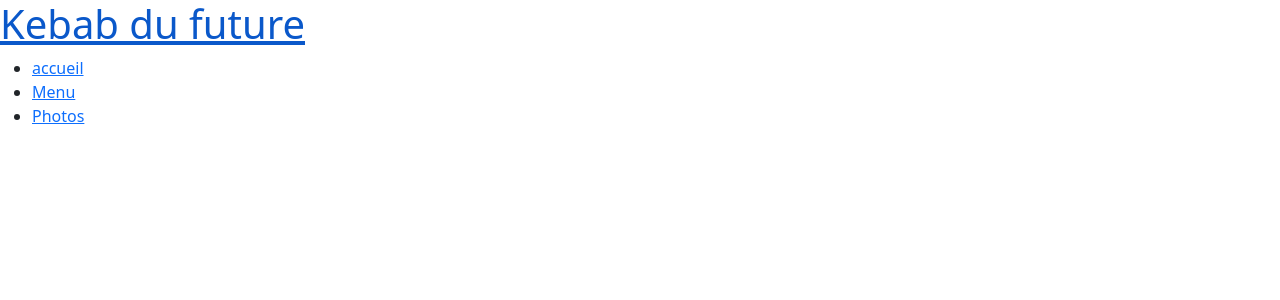
Repository: phbord/THP-js-exercices-manipulation-DOM
Page: index.html
An editor plug-in stored every save of this project. The page is shown before and after a run of saves, followed by the edit.
The browser window is 1280 px wide. The pictures show the whole page.

Above is the page before, as saved 2021-07-19 10:25:35.

After the next 4 saves:
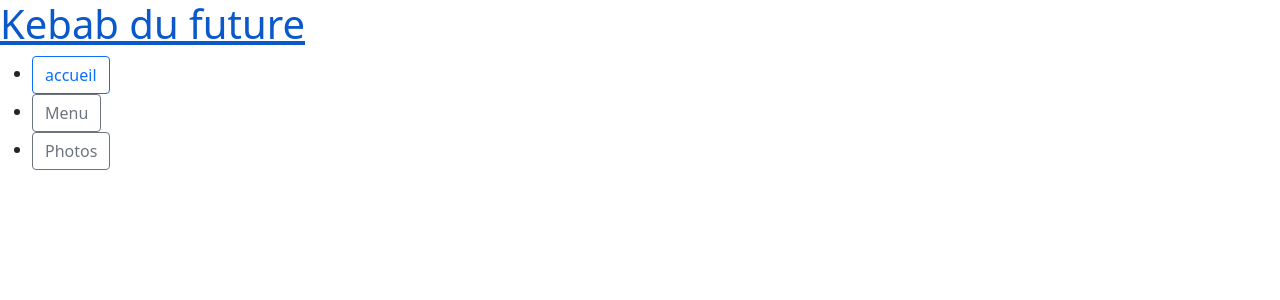
The 4 saves are shown as one change because they came seconds apart.
The last was saved 26 min 55 s later.
--- a/index.html
+++ b/index.html
@@ -17,13 +17,13 @@
                 </a>
                 <ul class="">
                     <li>
-                        <a class="" href="#">accueil</a>
+                        <a class="btn btn-outline-primary" href="#">accueil</a>
                     </li>
                     <li>
-                        <a class="" href="#">Menu</a>
+                        <a class="btn btn-outline-secondary" href="#">Menu</a>
                     </li>
                     <li>
-                        <a class="" href="#">Photos</a>
+                        <a class="btn btn-outline-secondary" href="#">Photos</a>
                     </li>
                 </ul>
             </nav>
